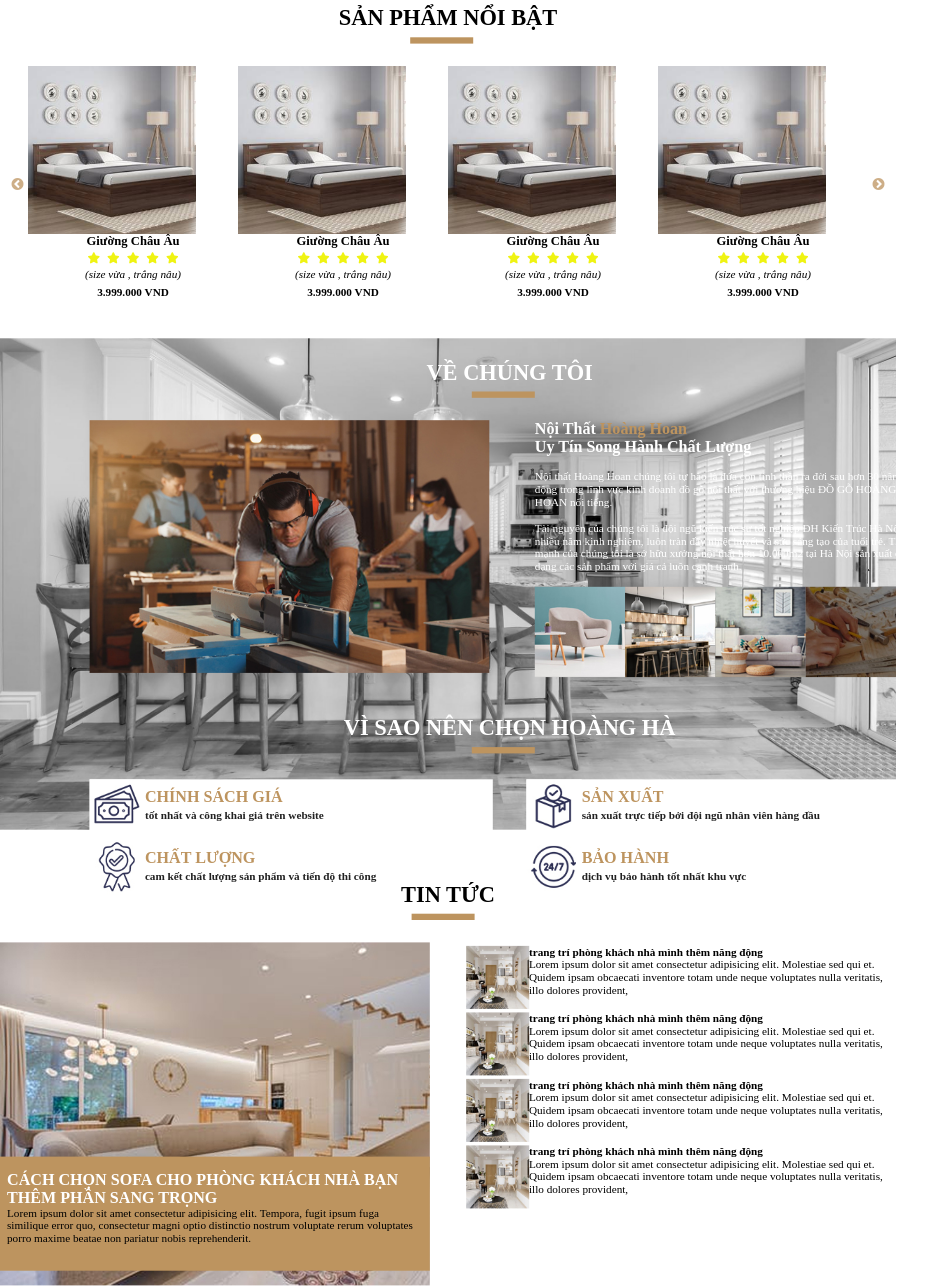
Repository: LDDUNG2003/front_end
Page: index.html
An editor plug-in stored every save of this project. The page is shown before and after the next save, followed by the edit.
The browser window is 1280 px wide. The page is 1328 px wide, so the pictures cover 1328 px, including what lies to the right of the window. The pictures show the part of the page from y = 1296 to 3136 px (the page is 3136 px tall), at 70% of full size.
Some web libraries are served in a nearby version.

Above is the page before, as saved 2023-08-29 14:35:01.

After the next save:
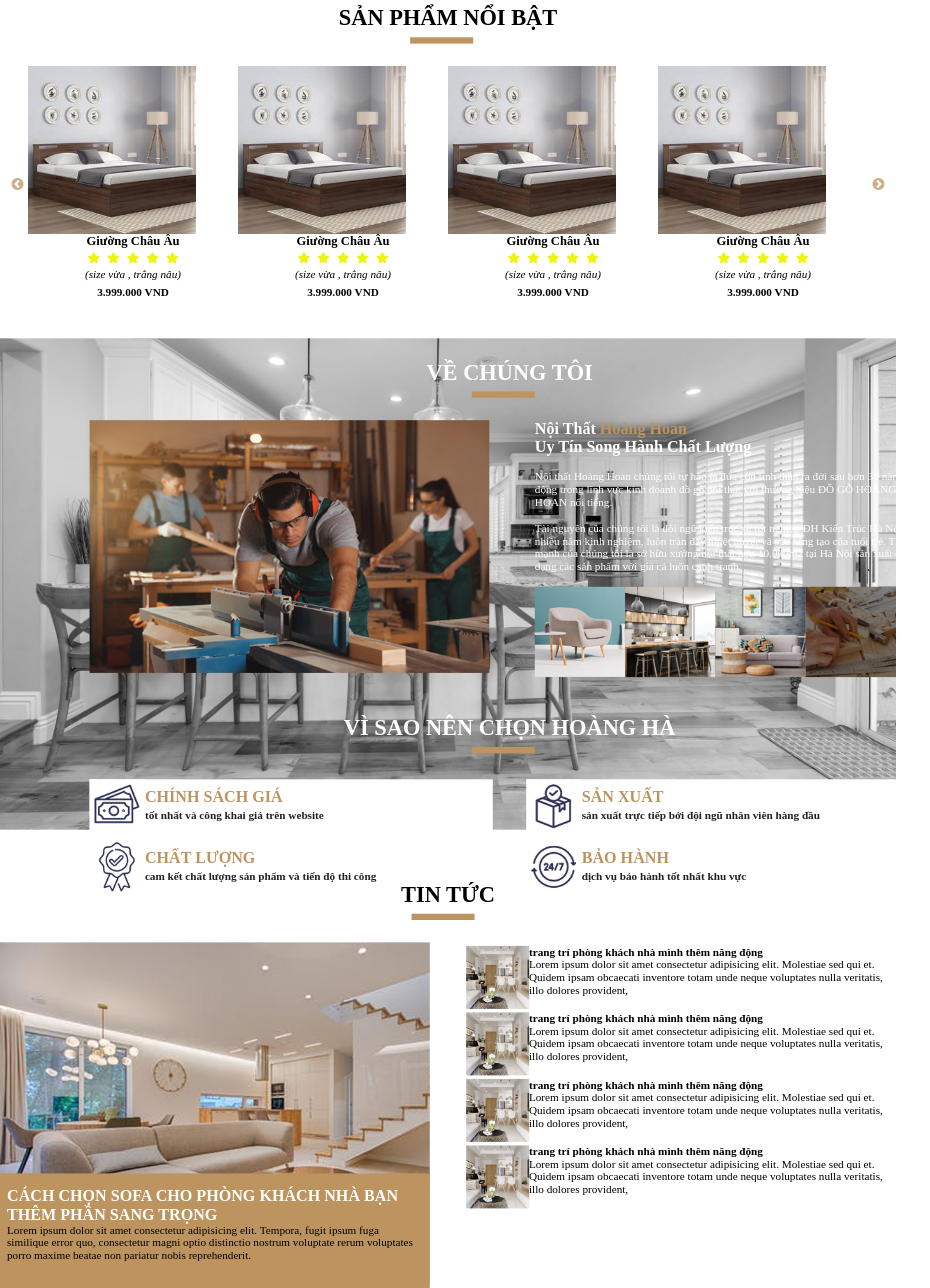
Saved 8 s later.
--- a/public/css/home.css
+++ b/public/css/home.css
@@ -234,7 +234,7 @@
 
 .news-contain-impotant {
     position: absolute;
-    bottom: 5%;
+    bottom: 0;
     height: 25%;
     background-color: var(--primary-color);
     padding: 20px 10px;
